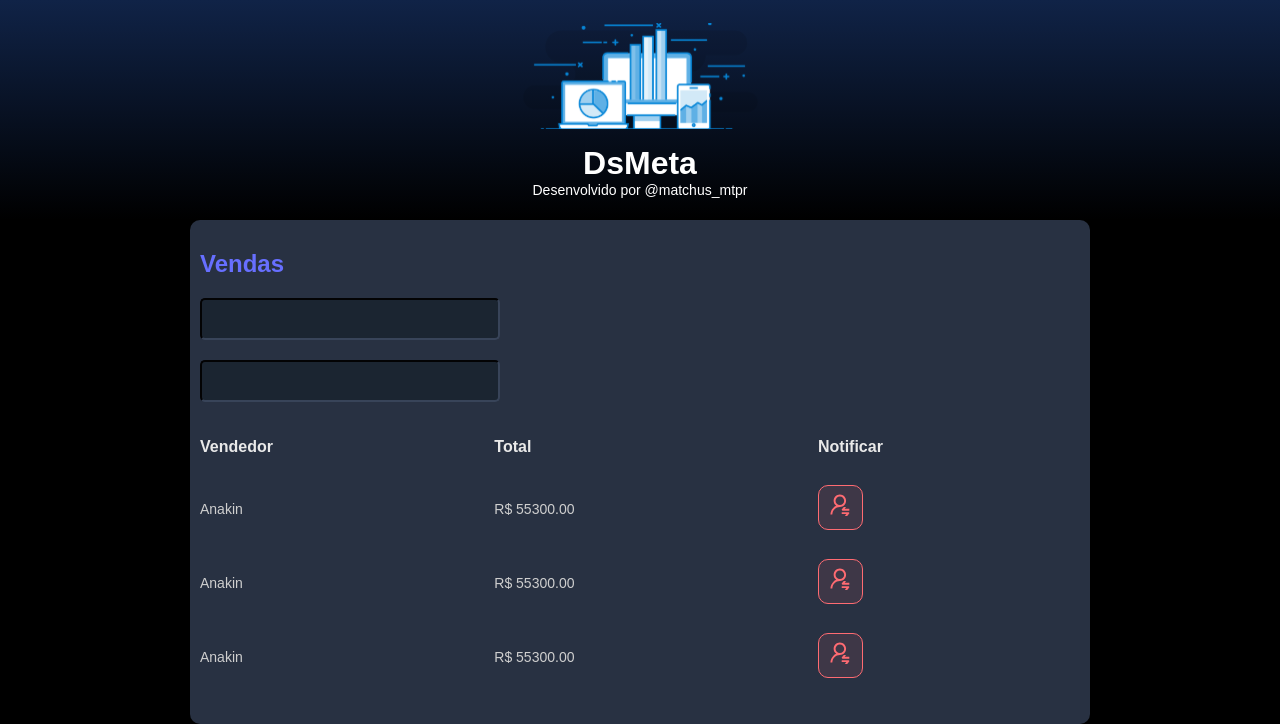
Repository: MatheusAlvesPereiraRosa/ds-meta
Page: index.html
The author's editor kept a copy of each file at every save. The page is drawn from the files as they stood at one save, then again after the next save.
The browser window is 1280 px wide. The pictures show the whole page.

Above is the page before, as saved 2022-09-05 16:36:33.

After the next save:
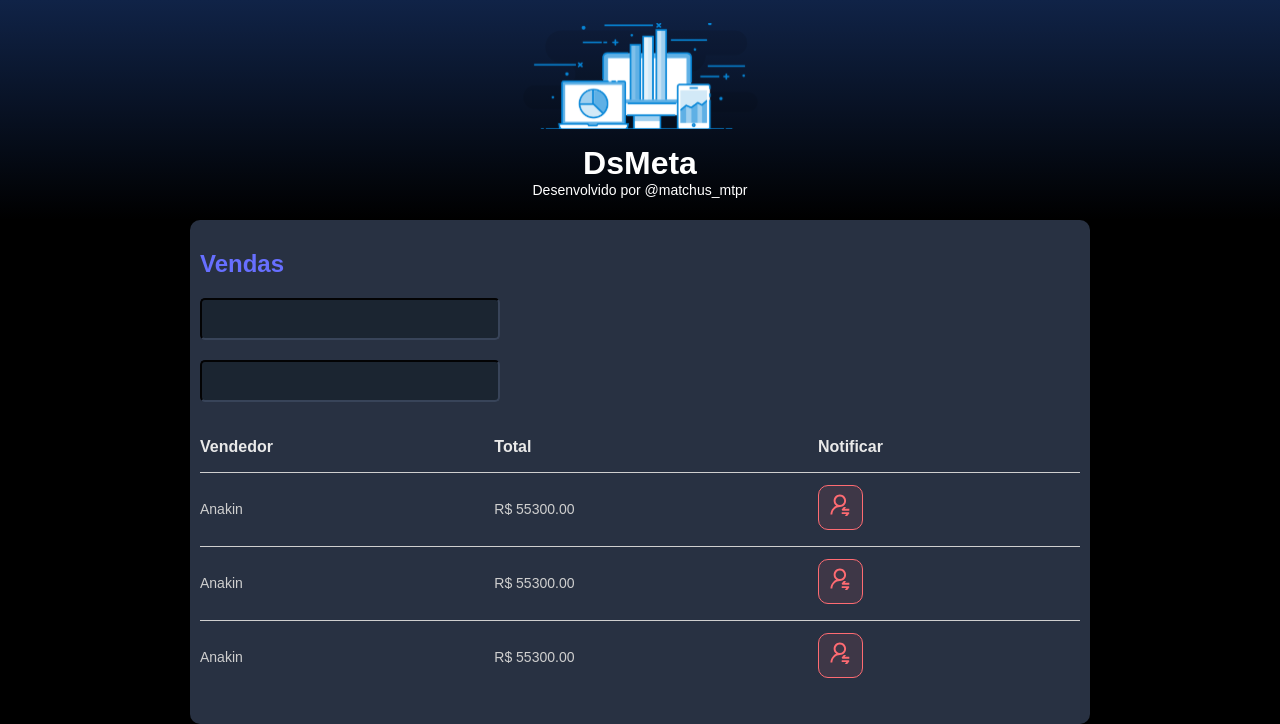
Saved 28 s later.
--- a/styles.css
+++ b/styles.css
@@ -81,7 +81,7 @@ a, a:hover, a:visited {
 .dsmeta-sales-table {
     width: 100%;
     border-spacing: 0;
-    border-collapse: ;
+    border-collapse: collapse;
 }
 
 .dsmeta-sales-table thead{
@@ -99,7 +99,7 @@ a, a:hover, a:visited {
 
 .dsmeta-sales-table tbody tr {
     height: 74px;
-    border-top:
+    border-top: 1px solid;
     border-top-color: ;
 }
 
